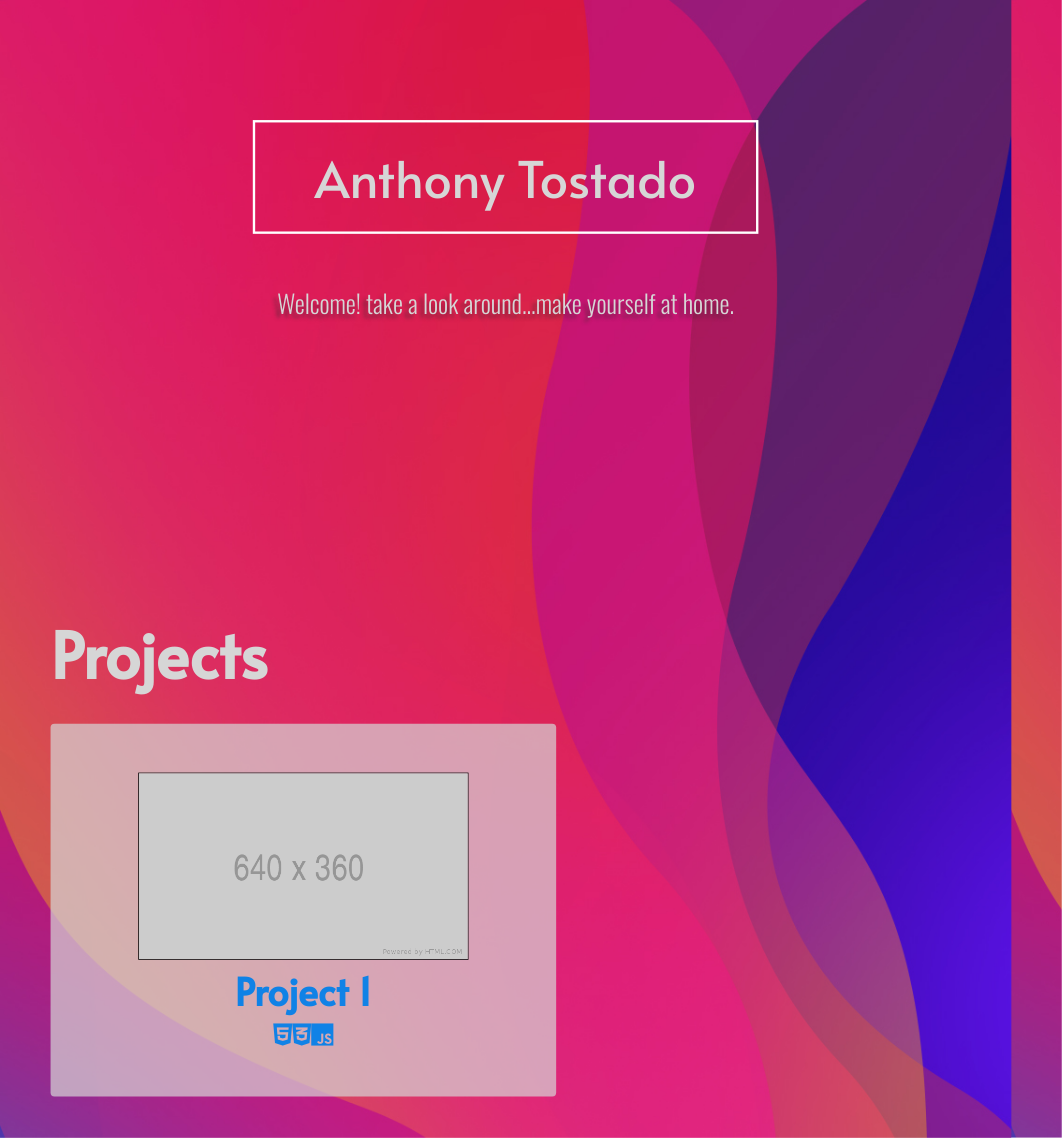
Repository: sloppytony/newport
Page: / (app in portfolio/)
These files come from the project's save history. The page is drawn as it stood at one moment and after the next save; the edit follows.
The browser window is 1280 px wide. The page is 1344 px wide, so the pictures cover 1344 px, including what lies to the right of the window. The pictures show the whole page, at 79% of full size.
Backgrounds fixed to the window are drawn as part of the page. Some web libraries are served in a nearby version. The project was rebuilt for these pictures with package versions that can differ from the ones it lists, and the page was loaded fresh each time.

Above is the page before, as saved 2020-08-23 14:06:22.

### portfolio/public/index.html
<!DOCTYPE html>
<html lang="en">
  <head>
    <meta charset="utf-8" />
    <link rel="icon" href="%PUBLIC_URL%/favicon.ico" />
    <meta name="viewport" content="width=device-width, initial-scale=1" />
    <meta name="theme-color" content="#000000" />
    <meta
      name="description"
      content="Web site created using create-react-app"
    />
    <link rel="apple-touch-icon" href="%PUBLIC_URL%/logo192.png" />
    <!--
      manifest.json provides metadata used when your web app is installed on a
      user's mobile device or desktop. See https://developers.google.com/web/fundamentals/web-app-manifest/
    -->
    <link rel="manifest" href="%PUBLIC_URL%/manifest.json" />
    <!--
      Notice the use of %PUBLIC_URL% in the tags above.
      It will be replaced with the URL of the `public` folder during the build.
      Only files inside the `public` folder can be referenced from the HTML.

      Unlike "/favicon.ico" or "favicon.ico", "%PUBLIC_URL%/favicon.ico" will
      work correctly both with client-side routing and a non-root public URL.
      Learn how to configure a non-root public URL by running `npm run build`.
    -->
    <link
      href="https://fonts.googleapis.com/css2?family=Alata&family=Oswald:wght@300&display=swap"
      rel="stylesheet"
    />
    <script
      src="https://kit.fontawesome.com/9a01f23326.js"
      crossorigin="anonymous"
    ></script>
    <title>React App</title>
  </head>
  <body>
    <noscript>You need to enable JavaScript to run this app.</noscript>
    <div id="root"></div>
    <!--
      This HTML file is a template.
      If you open it directly in the browser, you will see an empty page.

      You can add webfonts, meta tags, or analytics to this file.
      The build step will place the bundled scripts into the <body> tag.

      To begin the development, run `npm start` or `yarn start`.
      To create a production bundle, use `npm run build` or `yarn build`.
    -->
  </body>
</html>

### portfolio/src/index.css
* {
  margin: 0;
  padding: 0;
  box-sizing: border-box;
}

body {
  background-image: url("./img/8_28_orig.png");
  background-size: cover;
  background-attachment: fixed;
}

### portfolio/src/App.js
import React from "react";

import "./App.css";

function App() {
  return (
    <body>
      <div className="everything">
        <div className="section1">
          <h1 className="mainTitle">Anthony Tostado</h1>
          <p className="mainPara">
            Welcome! take a look around...make yourself at home.
          </p>
          <h2 className="scroll">Scroll</h2>
        </div>
        <div className="section3">
          <h1 className="projectTitle">Projects</h1>
          <div className="projectContent">
            <div className="card1">
              <img
                className="cardImage"
                src={require("../src/img/640x360.png")}
              ></img>
              <h1 className="cardTitle">Project 1</h1>
              <section className="icons">
                <i class="fab fa-html5 fa-2x"></i>
                <i class="fab fa-css3-alt fa-2x"></i>
                <i class="fab fa-js fa-2x"></i>
              </section>
            </div>
          </div>
        </div>
      </div>
    </body>
  );
}

export default App;

### portfolio/src/App.css
.image {
  width: 100%;
  height: 100%;
}

/*opening page*/
.section1 {
  height: 100vh;
  width: 100%;

  color: rgb(16, 130, 230);
  display: flex;
  justify-content: center;
  align-items: center;
  flex-direction: column;
}

.mainTitle {
  font-family: "Alata", sans-serif;
  font-weight: 100;
  font-size: 400%;
  display: flex;
  justify-content: center;
  align-items: center;
  text-align: center;
  color: rgb(214, 214, 214);

  animation: fadeIn 1.5s;
  border: 3px solid white;
  width: 50%;
  height: 20%;
}

.mainPara {
  font-family: "Oswald", sans-serif;
  font-size: 200%;
  display: flex;
  align-items: center;
  text-align: center;
  color: rgb(214, 214, 214);
  padding: 5%;
  text-shadow: -5px 5px 5px rgba(44, 44, 44, 0.5);
  animation: fadeIn 1.5s;
}

.scroll {
  font-family: "Oswald", sans-serif;
  font-size: 300%;
  padding-bottom: 2%;
  animation: pulse 2.5s infinite;
  color: rgb(214, 214, 214);
}
.everything {
  height: 200%;
}

/*projects*/
.section3 {
  height: 100vh;
  width: 100%;

  color: rgb(16, 130, 230);
  display: flex;
  justify-content: center;
  align-items: center;
  flex-direction: column;
}

div.projectContent {
  width: 100%;
}

h1.projectTitle {
  height: 20vh;
  width: 100%;
  margin-left: 10%;
  font-size: 500%;
  font-family: "Alata", sans-serif;
  color: rgb(214, 214, 214);
}

div.card1 {
  height: 100%;
  width: 50%;
  display: flex;
  justify-content: center;
  align-items: center;
  flex-direction: column;
  background: rgb(214, 214, 214, 0.7);
  border-radius: 5px 5px 5px;
  margin-left: 5%;
}

.cardImage {
  height: 50%;
  width: auto;
  border: 1px solid black;
}

h1.cardTitle {
  margin: 1%;
  font-size: 300%;
  font-family: "Alata", sans-serif;
}

@keyframes fadeIn {
  from {
    opacity: 0;
  }
  to {
    opacity: 1;
  }
}

@keyframes pulse {
  0% {
    opacity: 0;
  }

  50% {
    opacity: 1;
  }
  100% {
    opacity: 0;
  }
}

Loaded but not shown: portfolio/src/index.js (common file); portfolio/src/serviceWorker.js (common file)

After the next save:
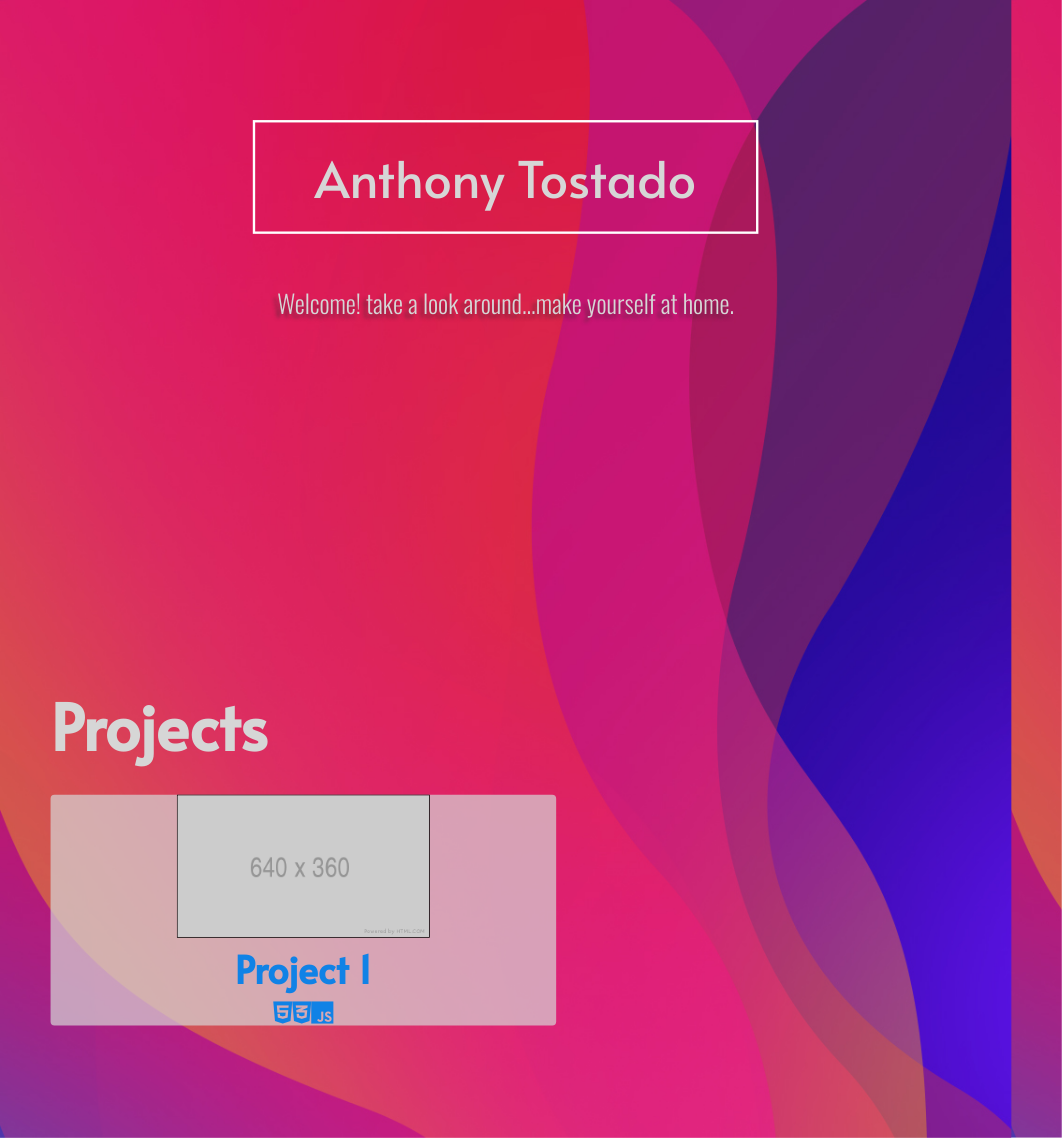
Saved 22 s later.
--- a/portfolio/src/App.css
+++ b/portfolio/src/App.css
@@ -92,8 +92,7 @@ div.card1 {
 }
 
 .cardImage {
-  height: 50%;
-  width: auto;
+  width: 50%;
   border: 1px solid black;
 }
 
